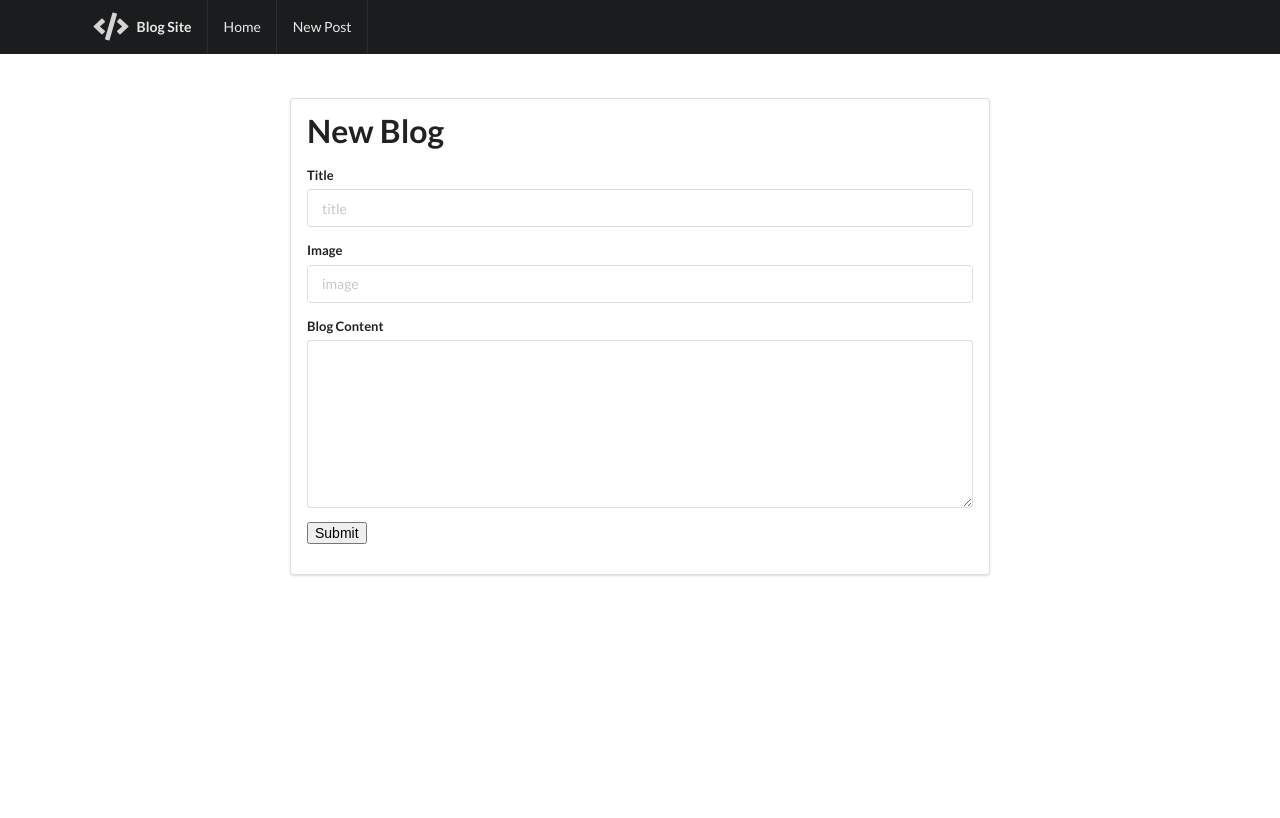
Repository: itsSYBruce/RuleVRacing-RESTful
Page: http://localhost/blogs/new
The author's editor kept a record of every edit. The page is drawn from the files as they stood at one moment, then again after the next edit.
The browser window is 1280 px wide. The pictures show the whole page.
Some web libraries are served in a nearby version. The page is served by the project's Node server (RESTful Routing/RESTfulBlogApp/app.js).

Above is the page before.

### RESTful Routing/RESTfulBlogApp/views/new.ejs
<% include partials/header %>
<div class = "ui main text container segment">
    <div class= "ui huge header">
        New Blog
    </div>
    <form class = "ui form" action = "/blogs" method = "POST">
        <div class = "field">
            <label>
                Title
            </label>
            <input type= "text" name = "blog[title]" placeholder = "title">
        </div>
        <div class = "field">
            <label>
                Image
            </label>
            <input type= "text" name = "blog[image]" placeholder = "image">
        </div>
        <div class = "field">
            <label>
                Blog Content
            </label>
            <textarea name = "blog[body]"></textarea>
        </div>
        <div>
            <input type= "submit">
        </div>

    </form>
</div>

<% include partials/footer %>

### RESTful Routing/RESTfulBlogApp/views/partials/header.ejs
<html>
    <head>
        <title>
            Rule V Racing
        </title>
        <link rel = "stylesheet" type = "text/css" href = "https://cdnjs.cloudflare.com/ajax/libs/semantic-ui/2.1.4/semantic.min.css">
        <link rel = "stylesheet" type = "text/css" href = "/stylesheets/app.css">
    </head>
    <body>
        <div class = "ui fixed inverted menu">
            <div class = "ui container">
                <div class = "header item"><i class = "code icon"></i>Blog Site</div>
                <a href = "/" class = "item">Home</a>
                <a href = "/blogs/new" class = "item">New Post</a>
            </div>
        </div>

### RESTful Routing/RESTfulBlogApp/views/partials/footer.ejs

    </body>

</html>

### RESTful Routing/RESTfulBlogApp/app.js
var express = require("express");
var app = express();
var bodyParser = require("body-parser");
var mongoose = require("mongoose");
var methodOverride = require("method-override");

//MONGOOSE CONFIG
mongoose.connect("mongodb://localhost/restful_blog_app",  { useNewUrlParser: true });
app.set("view engine", "ejs");
app.use(express.static("public"));
app.use(bodyParser.urlencoded({extended:true}));
app.use(methodOverride("_method"));

//MONGOOSE/MODEL
var blogSchema = new mongoose.Schema({
    title: String,
    image: String,
    body: String,
    created: {type: Date, default: Date.now}
})
var Blog = mongoose.model("Blog", blogSchema);

// Blog.create( {
//     title: "mark",
//     image: "https://static1.squarespace.com/static/575b7b93c6fc08a912726ad7/575dbd98d210b82f783dfbbf/599270eed2b8572bae2aad4a/1540846235861/untitled-30.jpg?format=500w",
//     body: "body"
// })
//RESTFUL ROUTES
app.get("/", function(req, res) {
    res.redirect("/blogs");
})


//INDEX
app.get("/blogs", function(req, res) {
    Blog.find({}, function(err, blogs) {
        if(err) {
            console.log("err");
        } else {
            res.render("index", {blogs: blogs});
        }
    })
})

//NEW
app.get("/blogs/new", function(req, res) {
    res.render("new");
})

//CREATE
app.post("/blogs", function(req, res) {
    Blog.create(req.body.blog, function(err, newBlog) {
        if (err) {
            res.render("new");
        }
        else {
            res.redirect("/blogs");
        }
    })
})
//SHOW
app.get("/blogs/:id", function(req, res) {
    Blog.findById(req.params.id, function(err, foundBlog) {
        if (err) {
            console.log(err);
            res.redirect("/blogs");
        }
        else {
            res.render("show", {blog: foundBlog});
        }
    });
    //res.send("SHOW PAGE");
})

//EDIT ROUTE
app.get("/blogs/:id/edit", function(req, res){
    Blog.findById(req.params.id, function(err, foundBlog){
        if(err){
            res.redirect("/blogs");
        } else {
            res.render("edit", {blog: foundBlog});
        }
    });
})

//UPDATE
app.put("/blogs/:id", function(req, res){
        Blog.findByIdAndUpdate(req.params.id, req.body.blog, function(err, updatedBlog){
      if(err){
          res.redirect("/blogs");
      }  else {
          res.redirect("/blogs/" + req.params.id);
      }
   });
});

//
app.delete("/blogs/:id", function(req, res) {
    Blog.findByIdAndRemove(req.params.id, function() {
        if (err) {
            res.redirect
        }
        else {

        }

    })
    res.send("delete page is here");
})


app.listen(process.env.PORT, process.env.IP, function() {
    console.log("sail the boat captain");
})

### RESTful Routing/RESTfulBlogApp/public/stylesheets/app.css
i.icon {
    font-size: 2em;
}

.container.main {
    margin-top: 7rem;
}

After the next edit:
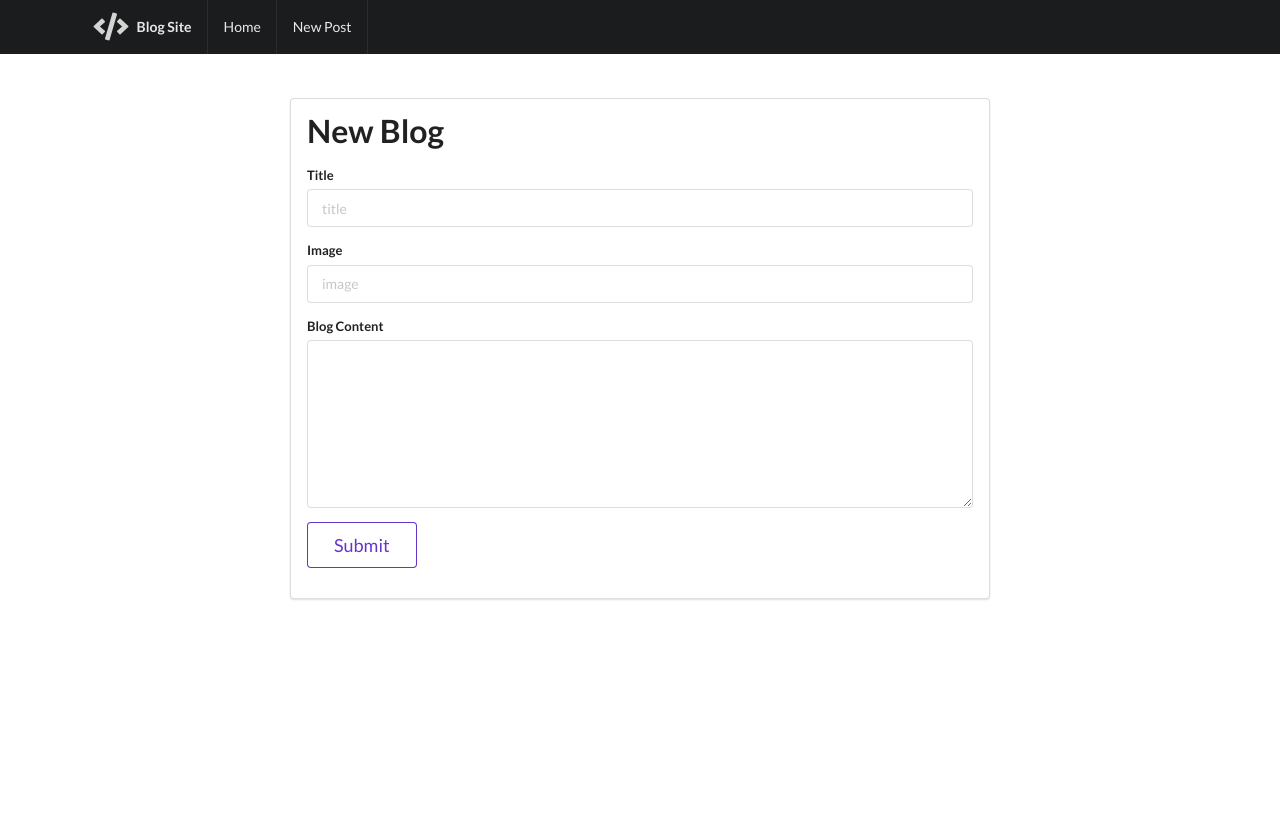
The edit:
--- a/RESTful Routing/RESTfulBlogApp/views/new.ejs
+++ b/RESTful Routing/RESTfulBlogApp/views/new.ejs
@@ -23,7 +23,7 @@
             <textarea name = "blog[body]"></textarea>
         </div>
         <div>
-            <input type= "submit">
+            <input class = "ui violet big basic button" type= "submit">
         </div>
 
     </form>
